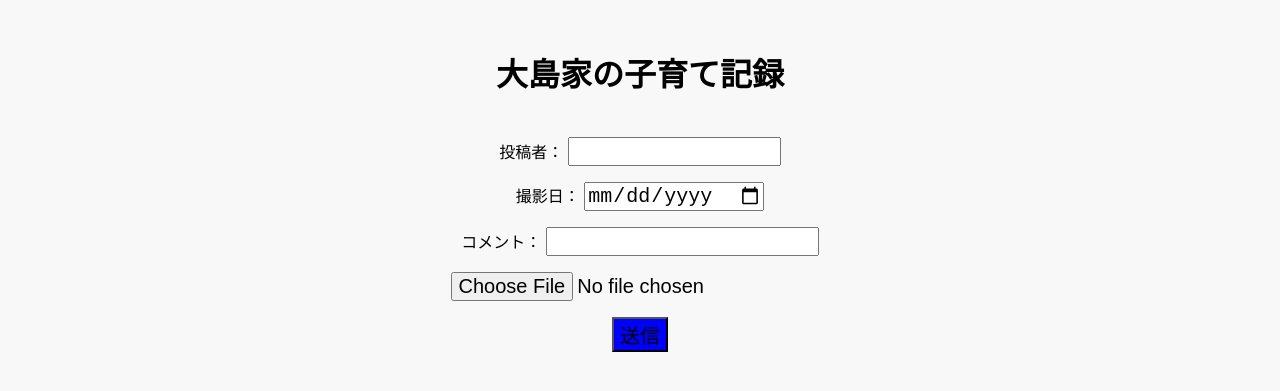
Repository: daidai0602/gs_kadai_questionnaire
Page: http://localhost/post.php
The author's editor kept a copy of each file at every save. The page is drawn from the files as they stood at one save, then again after a run of saves.
The browser window is 1280 px wide. The pictures show the whole page.
The page is run by PHP 8.4 with error messages shown; the project is at /var/www/html/.

Above is the page before, as saved 2023-11-15 22:43:45.

After the next 2 saves:
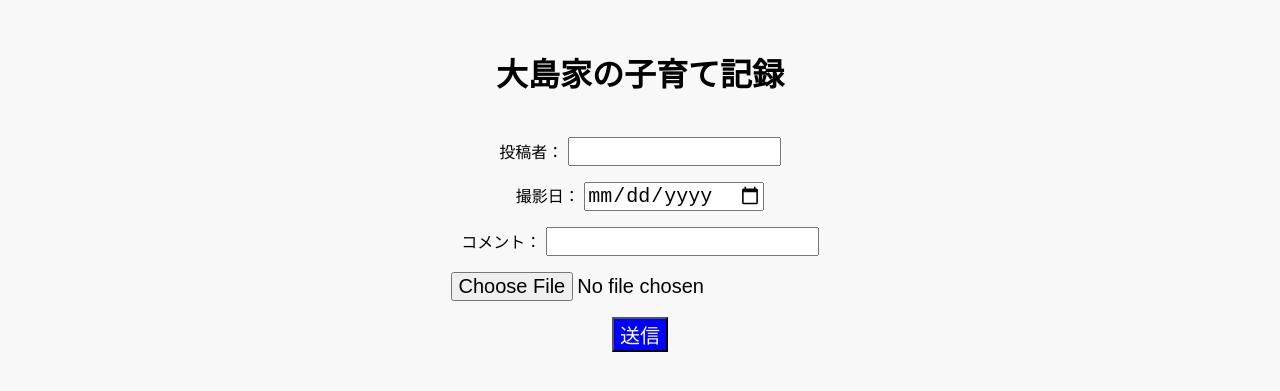
The 2 saves are shown as one change because they came seconds apart.
The last was saved 9 s later.
--- a/post.php
+++ b/post.php
@@ -19,7 +19,7 @@
     }
     input[type=submit]{
       background-color: blue;
-      font
+      color: white;
     }
 
   </style>
